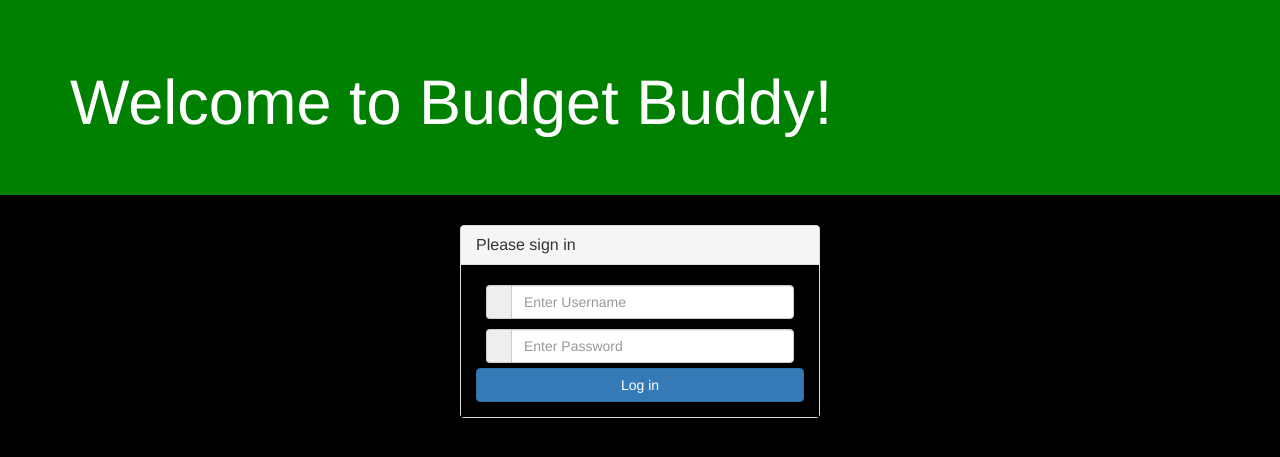
Repository: jdfost1/BudgetBuddy
Page: http://localhost/budgetbuddy/login
An editor plug-in stored every save of this project. The page is shown before and after the next save, followed by the edit.
The browser window is 1280 px wide. The pictures show the whole page.
Some web libraries are served in a nearby version. The page is served by Tomcat 9.

Above is the page before, as saved 2018-10-09 06:44:37.

After the next save:
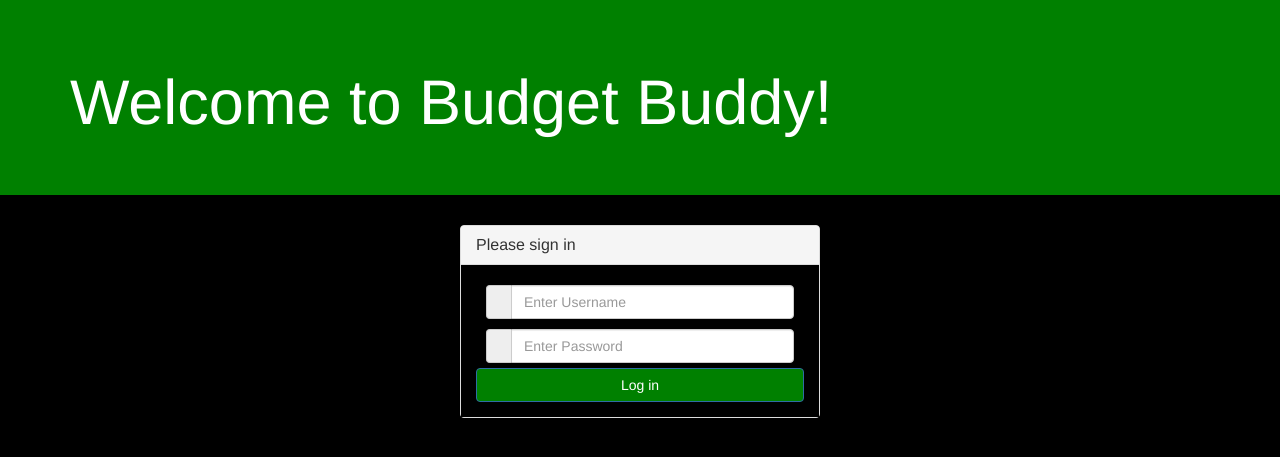
Saved 82 s later.
--- a/budgetbuddy/src/main/webapp/WEB-INF/jsp/login.jsp
+++ b/budgetbuddy/src/main/webapp/WEB-INF/jsp/login.jsp
@@ -26,6 +26,8 @@ color:white;
 background-color:black;}
 #bottom{
 background-color:black;}
+#loginButton{
+background-color:green;}
 </style>
 <head>
 <meta http-equiv="Content-Type" content="text/html; charset=ISO-8859-1">
@@ -86,7 +88,7 @@ background-color:black;}
 
                      <div class="form-actions">
                         <input type="submit"
-                           class="btn btn-block btn-primary btn-default" value="Log in">
+                           id="loginButton"class="btn btn-block btn-primary btn-default" value="Log in">
                      </div>
                   </form>
                </div>
